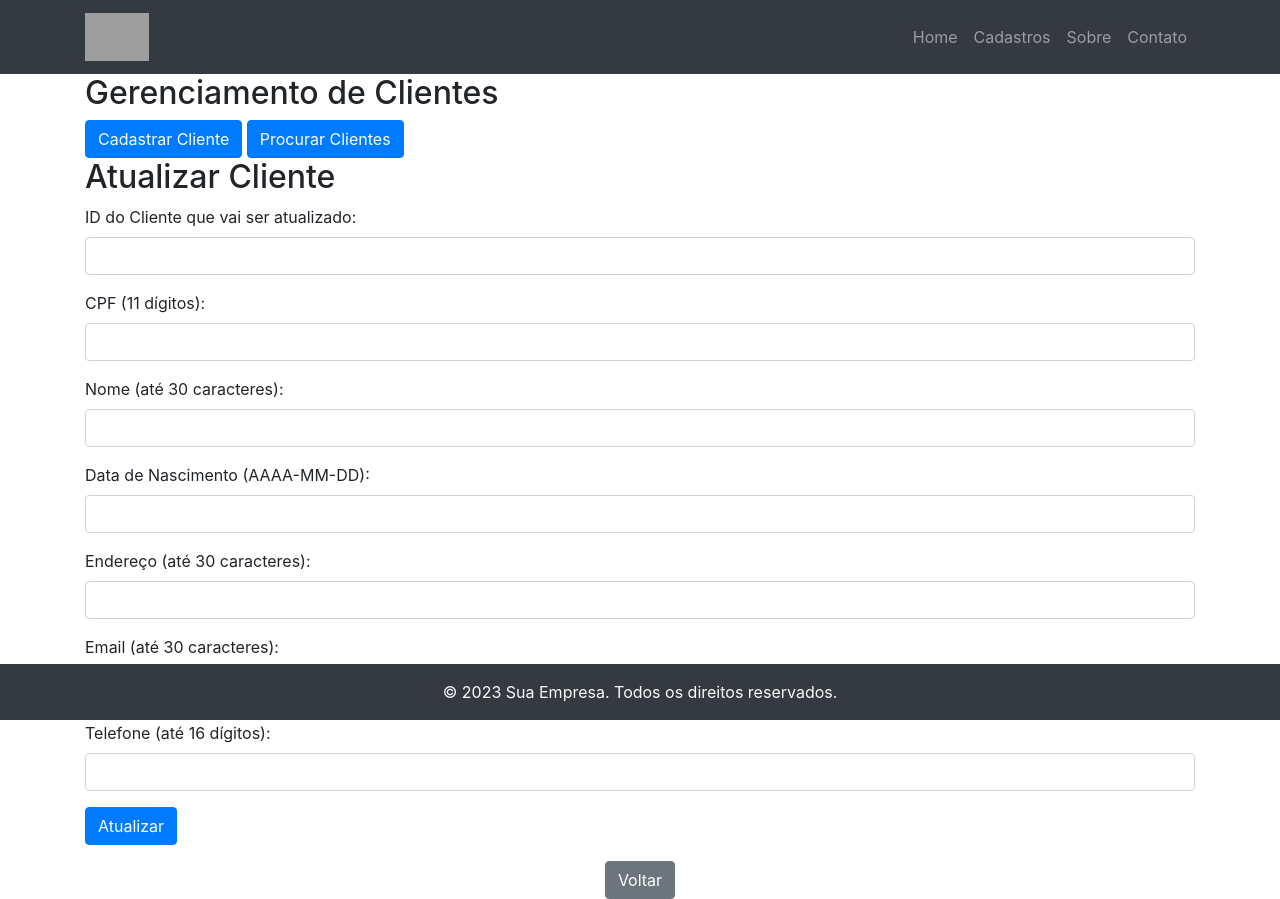
Repository: hagartelles/serveletProject
Page: http://localhost/BeltourServerlet/UpdateClient.jsp
The author's editor kept a copy of each file at every save. The page is drawn from the files as they stood at one save, then again after the next save.
The browser window is 1280 px wide. The pictures show the whole page.
Pictures or frames that could not be fetched are drawn as grey boxes. The page is served by Tomcat 9. Other server files are loaded and not shown.

Above is the page before, as saved 2023-11-07 02:00:42.

### BeltourServerlet/src/main/webapp/UpdateClient.jsp
<%@ page language="java" contentType="text/html; charset=UTF-8" pageEncoding="UTF-8"%>
<!DOCTYPE html>
<html>
<head>
    <meta charset="UTF-8">
    <title>Atualizar Cliente</title>
    <!-- Incluindo arquivos CSS do Bootstrap -->
    <link href="https://maxcdn.bootstrapcdn.com/bootstrap/4.5.2/css/bootstrap.min.css" rel="stylesheet">
</head>
<body>
    <!-- Cabeçalho -->
    <header>
        <nav class="navbar navbar-expand-lg navbar-dark bg-dark text-light">
            <div class="container">
                <a class="navbar-brand" href="#"><img src="./icon/samurai.png" height="48px"></a>
                <button class="navbar-toggler" type="button" data-toggle="collapse" data-target="#navbarNav" aria-controls="navbarNav" aria-expanded="false" aria-label="Toggle navigation">
                    <span class="navbar-toggler-icon"></span>
                </button>
                <div class="collapse navbar-collapse" id="navbarNav">
                    <ul class="navbar-nav ml-auto">
                        <li class="nav-item">
                            <a class="nav-link" href="#">Home</a>
                        </li>
                        <li class="nav-item">
                            <a class="nav-link" href="ReadController">Cadastros</a>
                        </li>
                        <li class="nav-item">
                            <a class="nav-link" href="#sobre">Sobre</a>
                        </li>
                        <li class="nav-item">
                            <a class="nav-link" href="#contato">Contato</a>
                        </li>
                    </ul>
                </div>
            </div>
        </nav>
    </header>

    <div class="container">
	    <h2>Gerenciamento de Clientes</h2>

	    <!-- Formulário para Ações de Cliente -->
		<form id="cliente-form">
		  <a href="CreateClient.jsp" class="btn btn-primary" name="cadastrar">Cadastrar Cliente</a>
		  <a href="ReadController" class="btn btn-primary" name="procurar">Procurar Clientes</a>

		</form>
  	</div>

    <!-- Corpo da Página -->
    <div class="container">
        <h2>Atualizar Cliente</h2>
        <form action="UpdateController" method="post">
            <div class="form-group">
                <label for="id">ID do Cliente que vai ser atualizado:</label>
                <input type="text" class="form-control" id="id" name="id" required>
            </div>

            <div class="form-group">
                <label for="cpf">CPF (11 dígitos):</label>
                <input type="text" class="form-control" id="cpf" name="cpf" required pattern="\d{11}">
            </div>

            <div class="form-group">
                <label for="nome">Nome (até 30 caracteres):</label>
                <input type="text" class="form-control" id="nome" name="name" maxlength="30" required>
            </div>

            <div class="form-group">
                <label for="dataNasc">Data de Nascimento (AAAA-MM-DD):</label>
                <input type="text" class="form-control" id="bornDate" name="bornDate" required pattern="\d{4}-\d{2}-\d{2}">
            </div>

            <div class="form-group">
                <label for="endereco">Endereço (até 30 caracteres):</label>
                <input type="text" class="form-control" id="adress" name="adress" maxlength="30">
            </div>

            <div class="form-group">
                <label for="email">Email (até 30 caracteres):</label>
                <input type="email" class="form-control" id="email" name="email" maxlength="30">
            </div>

            <div class="form-group">
                <label for="telefone">Telefone (até 16 dígitos):</label>
                <input type="text" class="form-control" id="tel" name="tel" pattern="\d{1,16}">
            </div>

            <button type="submit" class="btn btn-primary">Atualizar</button>
        </form>
    </div>

    <div class="text-center mt-3">
        <a href="Index.html" class="btn btn-secondary">Voltar</a>
    </div>

    <!-- Rodapé -->
    <footer class="bg-dark text-light text-center py-3 fixed-bottom">
        &copy; 2023 Sua Empresa. Todos os direitos reservados.
    </footer>

    <!-- Incluindo arquivos JavaScript do Bootstrap e jQuery -->
    <script src="https://code.jquery.com/jquery-3.5.1.slim.min.js"></script>
    <script src="https://cdn.jsdelivr.net/npm/bootstrap@4.5.2/dist/js/bootstrap.min.js"></script>
</body>
</html>

After the next save:
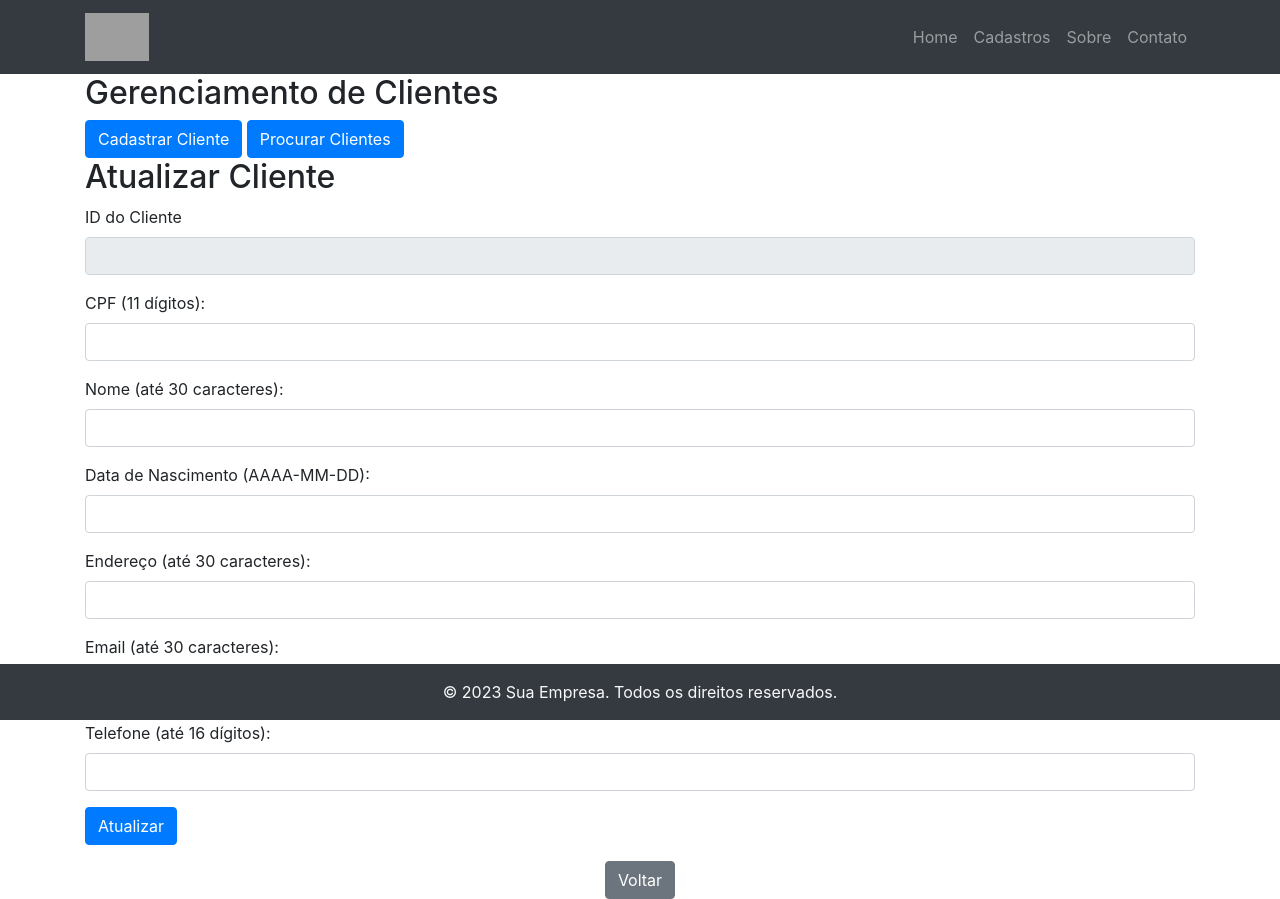
Saved 100 s later.
--- a/BeltourServerlet/src/main/webapp/UpdateClient.jsp
+++ b/BeltourServerlet/src/main/webapp/UpdateClient.jsp
@@ -52,8 +52,8 @@
         <h2>Atualizar Cliente</h2>
         <form action="UpdateController" method="post">
             <div class="form-group">
-                <label for="id">ID do Cliente que vai ser atualizado:</label>
-                <input type="text" class="form-control" id="id" name="id" required>
+                <label for="id">ID do Cliente </label>
+                <input type="text" class="form-control" id="id" name="id" disabled>
             </div>
 
             <div class="form-group">
